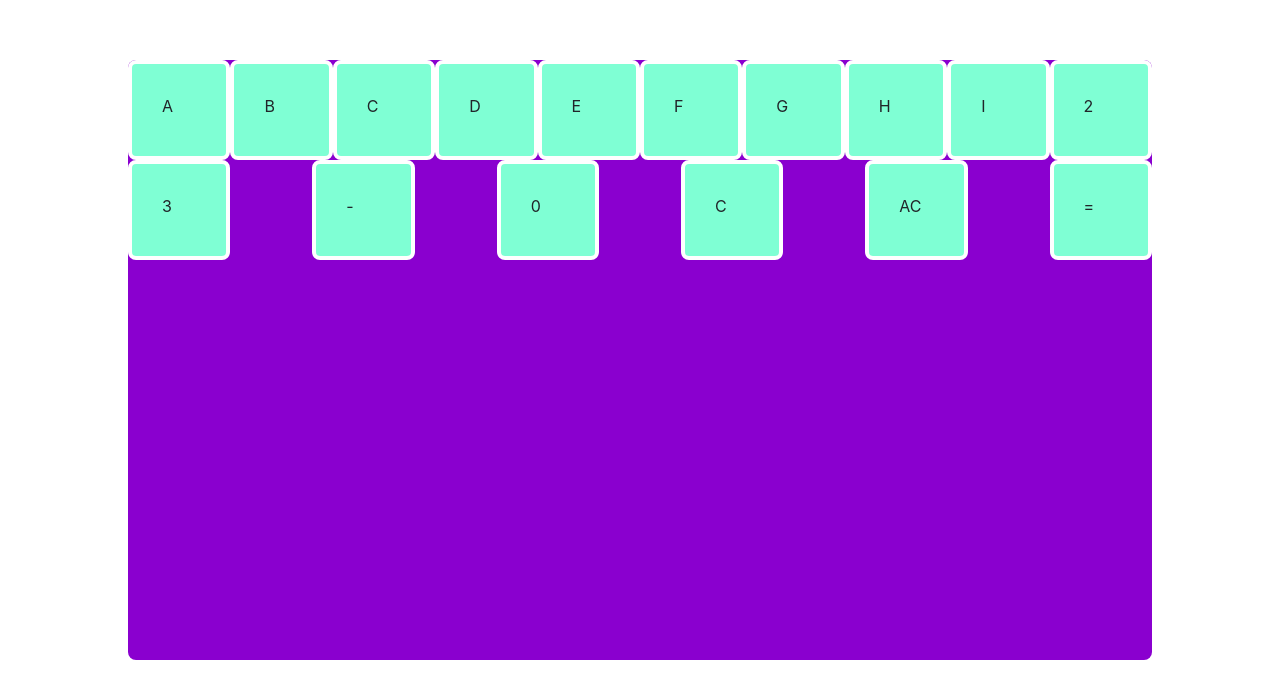
Repository: alessandradiamantino/Curso-Front-End-Design
Page: 1 - Introdução ao HTML e CSS/3 - Layouts, Grids e Flexbox/Bootstrap Grid system/index.html
The author's editor kept a copy of each file at every save. The page is drawn from the files as they stood at one save, then again after the next save.
The browser window is 1280 px wide. The pictures show the whole page.

Above is the page before, as saved 2023-04-24 11:07:18.

After the next save:
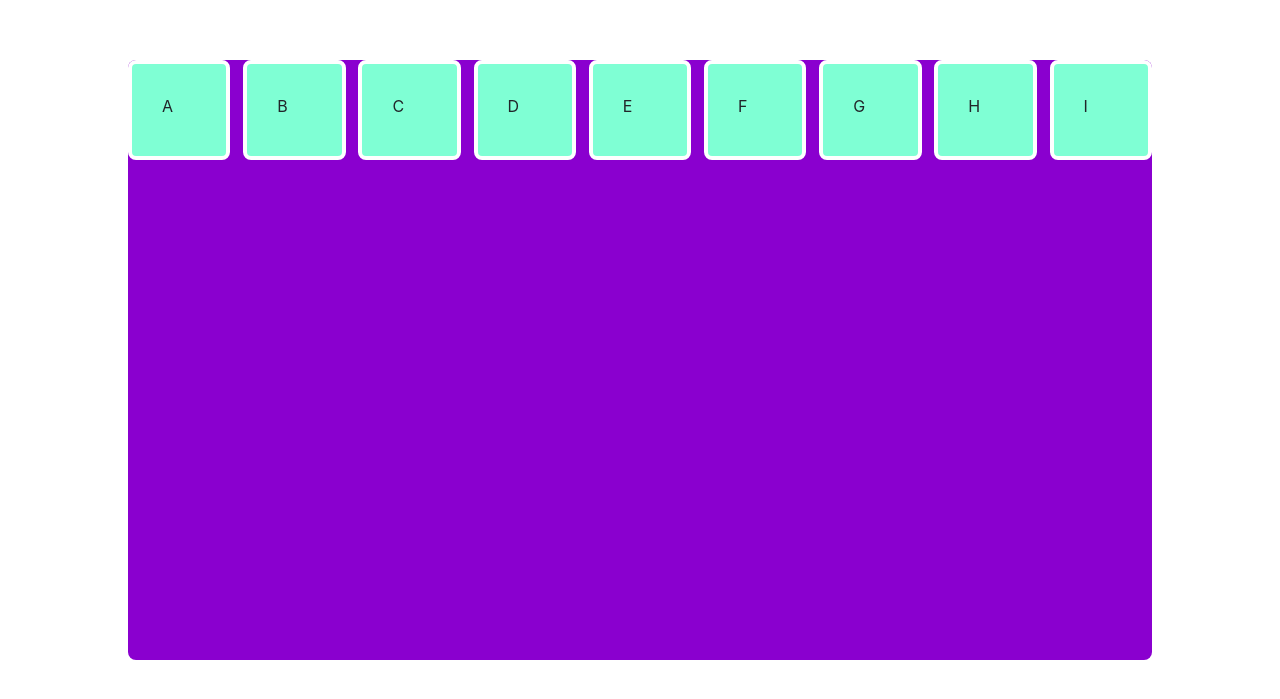
Saved 4 s later.
--- a/1 - Introdução ao HTML e CSS/3 - Layouts, Grids e Flexbox/Bootstrap Grid system/index.html
+++ b/1 - Introdução ao HTML e CSS/3 - Layouts, Grids e Flexbox/Bootstrap Grid system/index.html
@@ -45,27 +45,7 @@
       H
     </div><div class="my-item">
       I
-    </div>
-    <div class="my-item">
-      2
-    </div>
-    <div class="my-item">
-      3
-    </div>
-    <div class="my-item">
-      -
-    </div><div class="my-item">
-      0
-    </div>
-    <div class="my-item">
-      C
-    </div>
-    <div class="my-item">
-      AC
-    </div>
-    <div class="my-item">
-      =
-    </div>
+
    </div>
 </body>
 </html>
